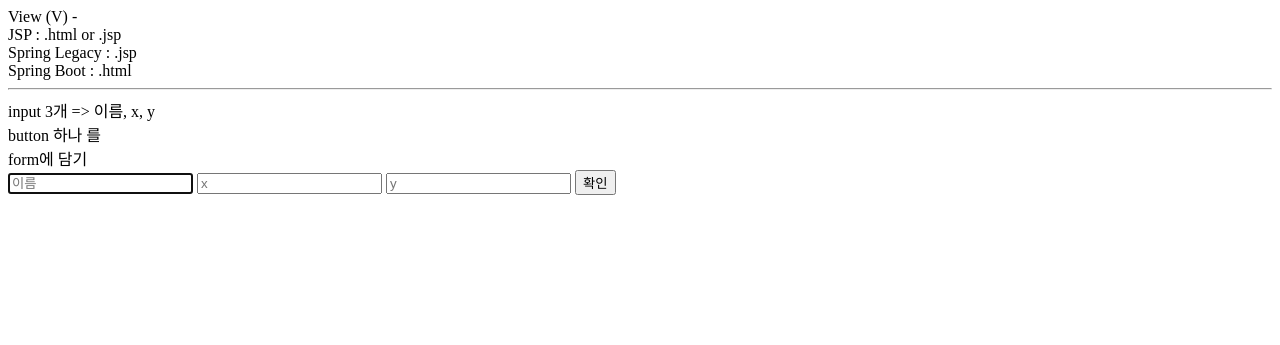
Repository: womss/sexyguy
Page: http://localhost/Feb11_2_SpringMVC/
The author's editor kept a copy of each file at every save. The page is drawn from the files as they stood at one save, then again after the next save.
The browser window is 1280 px wide. The pictures show the whole page.
The page is served by Tomcat 9.

Above is the page before, as saved 2025-02-11 01:37:50.

After the next save:
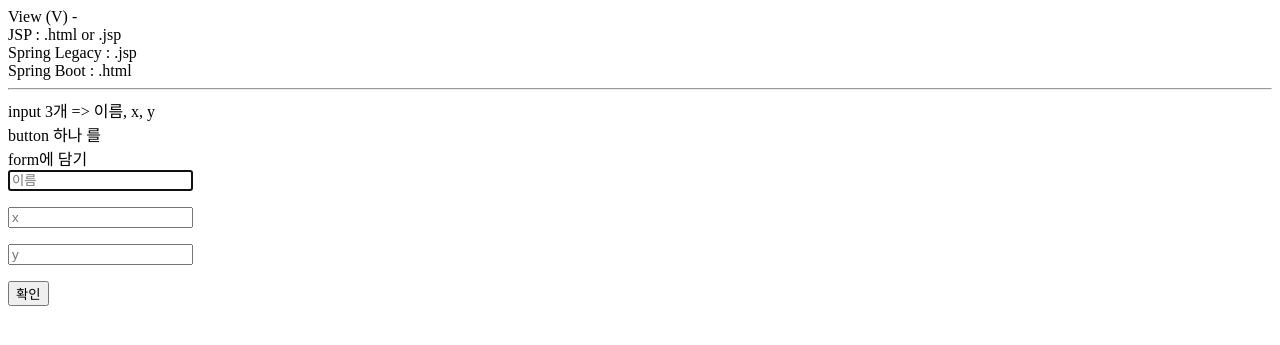
Saved 39 s later.
--- a/Spring/Feb11_2_SpringMVC/src/main/webapp/WEB-INF/views/index.jsp
+++ b/Spring/Feb11_2_SpringMVC/src/main/webapp/WEB-INF/views/index.jsp
@@ -16,9 +16,9 @@
 	button 하나 를 <br>
 	form에 담기
 <form action="">
-	<input name="n" autofocus autocomplete="off" placeholder="이름">
-	<input name="x" autocomplete="off" placeholder="x">
-	<input name="y" autocomplete="off" placeholder="y">
+	<input name="n" autofocus autocomplete="off" placeholder="이름"> <p>
+	<input name="x" autocomplete="off" placeholder="x"> <p>
+	<input name="y" autocomplete="off" placeholder="y"> <p>
 	<button type="submit">확인</button>
 </form>
 
